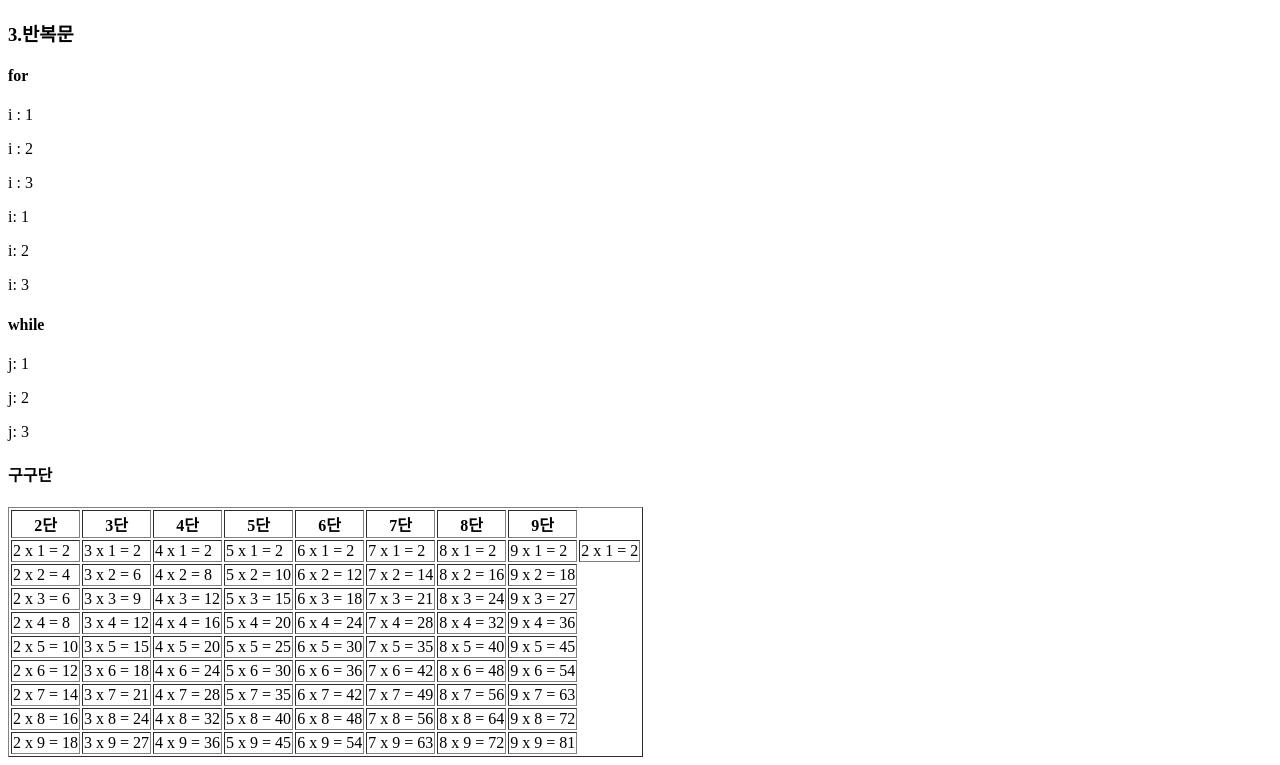
Repository: yun-setenforce/JSP
Page: http://localhost/Ch02/3_loop.jsp
These files come from the project's save history. The page is drawn as it stood at one moment and after the next save; the edit follows.
The browser window is 1280 px wide. The pictures show the whole page.
The page is served by Tomcat 9. Other server files are loaded and not shown.

Above is the page before, as saved 2023-07-24 02:31:25.

### Ch02/src/main/webapp/3_loop.jsp
<%@ page contentType="text/html;charset=UTF-8" pageEncoding="UTF-8"%>
<!DOCTYPE html>
<html>
	<head>
		<meta charset="UTF-8">
		<title>3_loop</title>
		<%--
			날짜 : 2023/07/24
			이름 : 정채윤
			내용 : JSP 스크립트릿 반복문 실습하기
		--%>
	</head>
	<body>
		<h3>3.반복문</h3>

		<h4>for</h4>
		<%
			for(int i=1; i<=3; i++){
				out.print("<p>i : " + i + "</p>");
			}
		%>

		<% for(int i=1; i<=3;i++){ %>
			<p>i: <%=i %></p>
		<% } %>

		<h4>while</h4>
		<%
			int j = 1;
			while(j<=3){
		%>
			<p>j: <%=j %></p>
		<%
				j++;
			}
		%>

		<h4>구구단</h4>
		<table border="1">
			<tr>
				<th>2단</th>
				<th>3단</th>
				<th>4단</th>
				<th>5단</th>
				<th>6단</th>
				<th>7단</th>
				<th>8단</th>
				<th>9단</th>
			</tr>
			<tr>
				<td>2 x 1 = 2</td>
				<td>3 x 1 = 2</td>
				<td>4 x 1 = 2</td>
				<td>5 x 1 = 2</td>
				<td>6 x 1 = 2</td>
				<td>7 x 1 = 2</td>
				<td>8 x 1 = 2</td>
				<td>9 x 1 = 2</td>
				<td>2 x 1 = 2</td>
			</tr>
			<%
			for(int a=2;a<10;a++){
			%>
			<tr>
			<%
				for(int b=2; b<10; b++){
			%>
				<td><%=b %> x <%=a %> = <%=a*b %> </td>
			<%
				}
			%>
			</tr>
			<%
			}
			%>
		</table>
	</body>
</html>

After the next save:
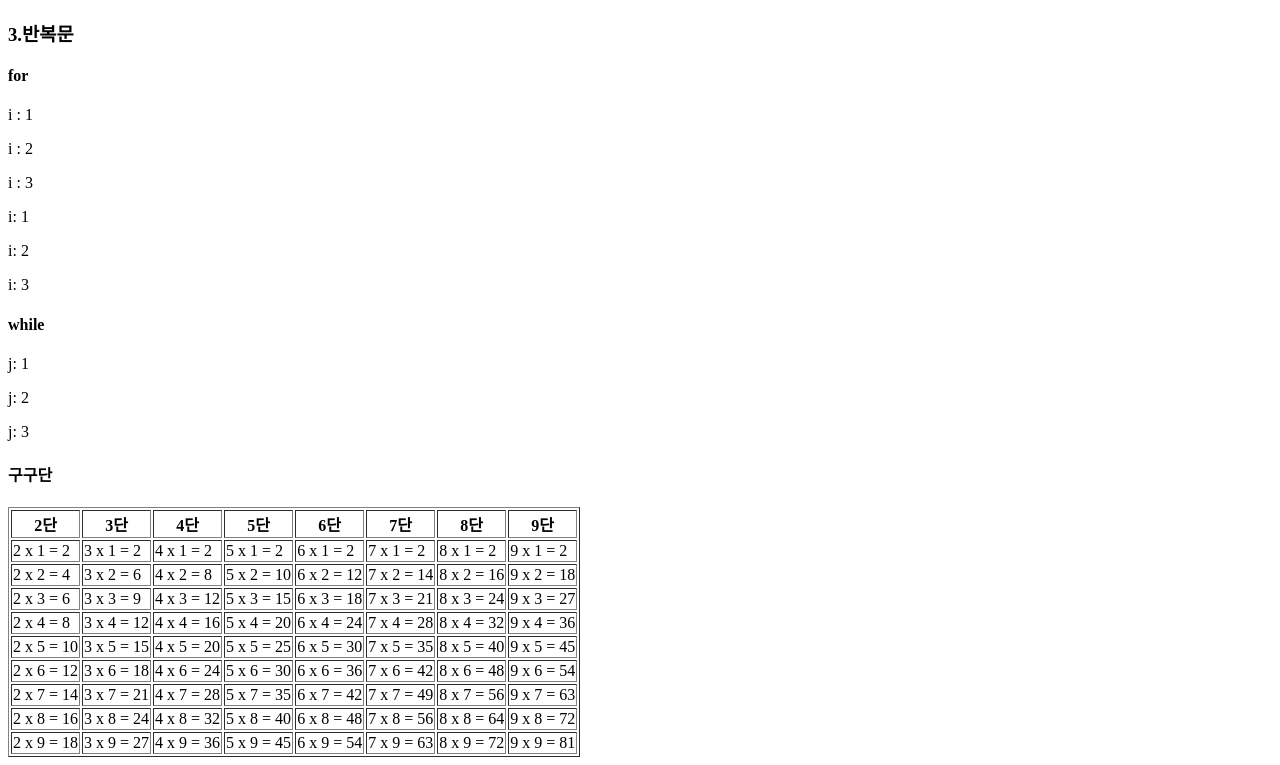
Saved 9 s later.
--- a/Ch02/src/main/webapp/3_loop.jsp
+++ b/Ch02/src/main/webapp/3_loop.jsp
@@ -56,7 +56,6 @@
 				<td>7 x 1 = 2</td>
 				<td>8 x 1 = 2</td>
 				<td>9 x 1 = 2</td>
-				<td>2 x 1 = 2</td>
 			</tr>
 			<%
 			for(int a=2;a<10;a++){
